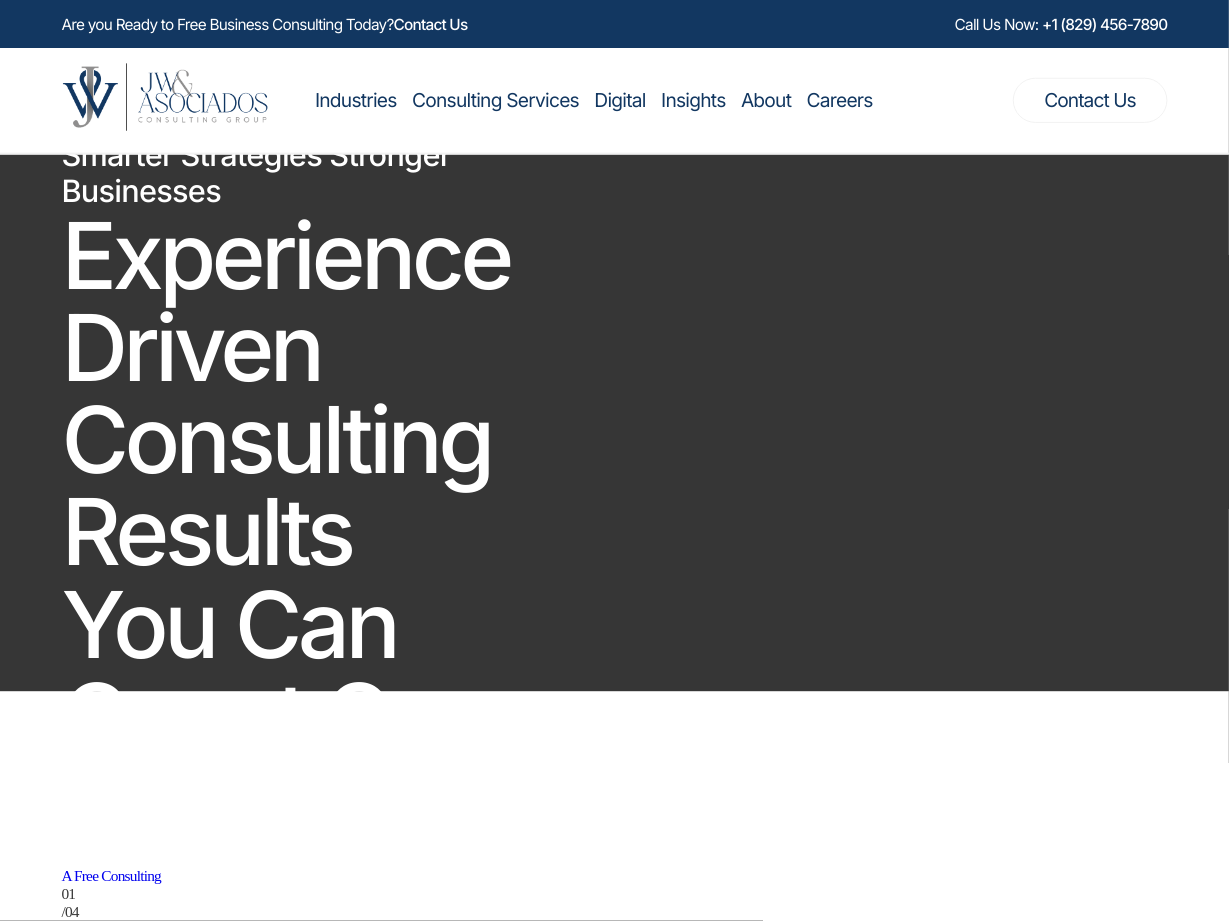
Repository: June-t/jwsyasociados
Page: /
An editor plug-in stored every save of this project. The page is shown before and after a run of saves, followed by the edit.
The browser window is 1280 px wide. The pictures show the whole page, at 96% of full size.
The project was rebuilt for these pictures with package versions that can differ from the ones it lists, and the page was loaded fresh each time. The framework's server and built-in components were replaced by stand-ins that run in the browser. Also part of the build but not shown: next.config.ts.

Above is the page before, as saved 2025-10-22 15:53:28.

After the next 2 saves:
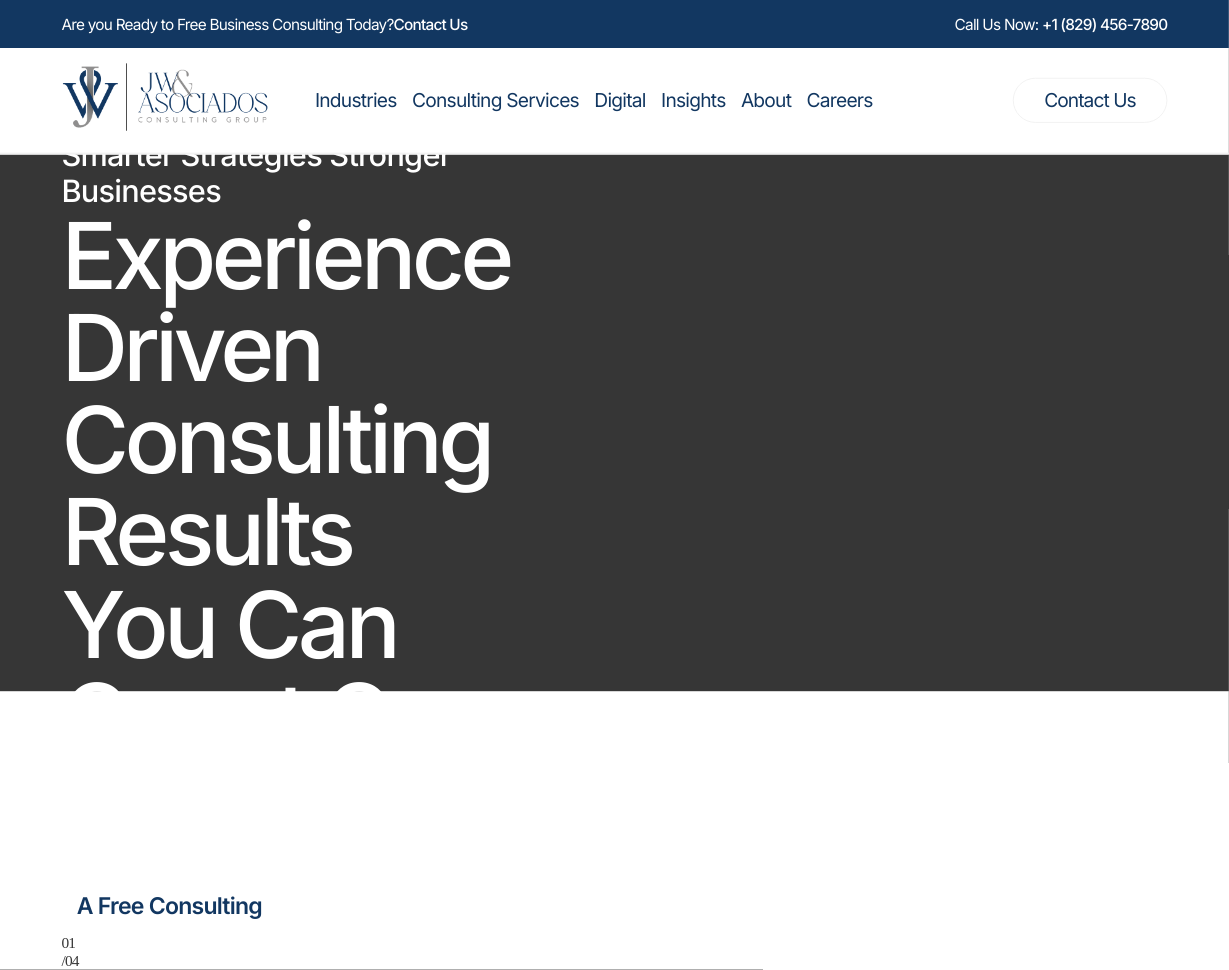
The 2 saves are shown as one change because they came seconds apart.
The last was saved 4 min 16 s later.
--- a/src/app/style/pages/_home.css
+++ b/src/app/style/pages/_home.css
@@ -32,9 +32,22 @@
 
     p {
       font-family: var(--font-inter);
-      font-weight: var(--w-regular);
       font-size: var(--f-medium);
       color: var(--white);
+      font-weight: var(--w-light);
+      line-height: 30px;
+      letter-spacing: -1px;
+    }
+
+    a {
+      padding: 1rem;
+      background: var(--white);
+      border-radius: 5rem;
+      font-family: var(--font-inter);
+      font-weight: var(--w-semibold);
+      font-size: var(--f-medium);
+      color: var(--primary);
+      width: max-content;
     }
   }
 }
